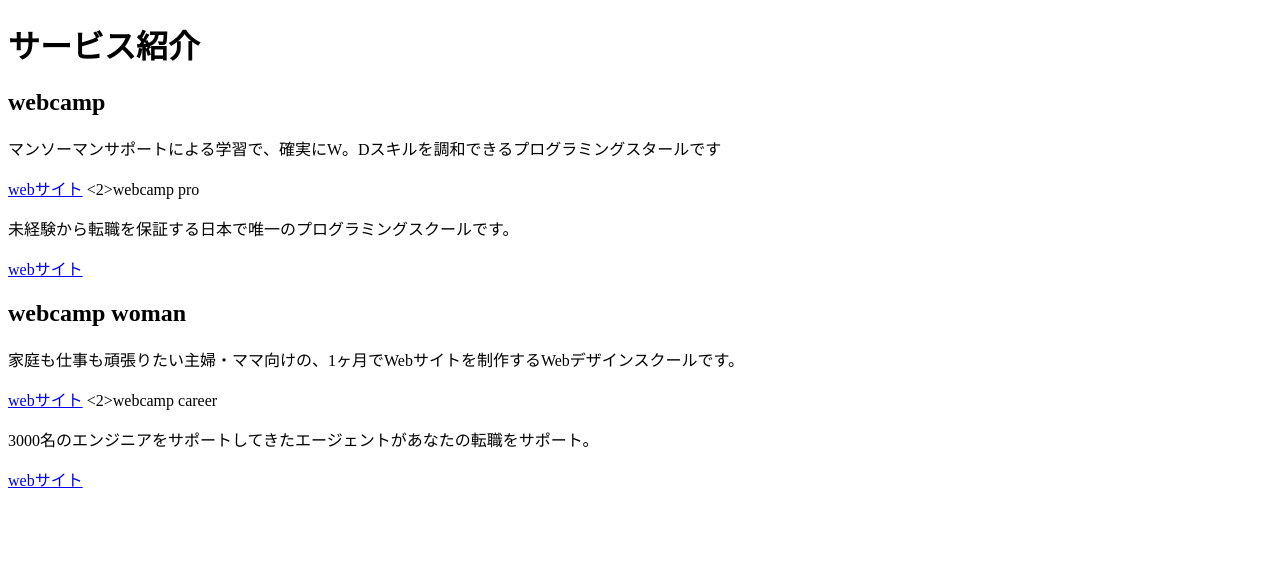
Repository: tanikura/sample.html
Page: chapter2_exercise/chapter2_exercise.html
The author's editor kept a record of every edit. The page is drawn from the files as they stood at one moment, then again after the next edit.
The browser window is 1280 px wide. The pictures show the whole page.

Above is the page before.
Not found: chapter2_exercise/chapter2_exercise/style1.css

### chapter2_exercise/chapter2_exercise.html
<!DOCTYPE HTML>
<html lang="ja">
  <head>
    <meta charset="UTF-8" />
    <title>2章演習</title>
    <link rel="stylesheet" href="chapter2_exercise/style1.css" />
  </head>
    <h1>サービス紹介</h1>

    <h2>webcamp</h2>
    <p>マンソーマンサポートによる学習で、確実にW。Dスキルを調和できるプログラミングスタールです</p>
    <a href="https://web-camp.io/">webサイト</a>

    <2>webcamp pro</2>
    <p>未経験から転職を保証する日本で唯一のプログラミングスクールです。</p>
    <a href="https://web-camp.io/pro">webサイト</a>

    <h2>webcamp woman</h2>
    <P>家庭も仕事も頑張りたい主婦・ママ向けの、1ヶ月でWebサイトを制作するWebデザインスクールです。</P>
    <a href="https://web-camp.io/woman">webサイト</a>

    <2>webcamp career</2>
    <p>3000名のエンジニアをサポートしてきたエージェントがあなたの転職をサポート。</p>
    <a href="https://web-camp.io/career">webサイト</a>

  <body>
  </body>
</html>

After the next edit:
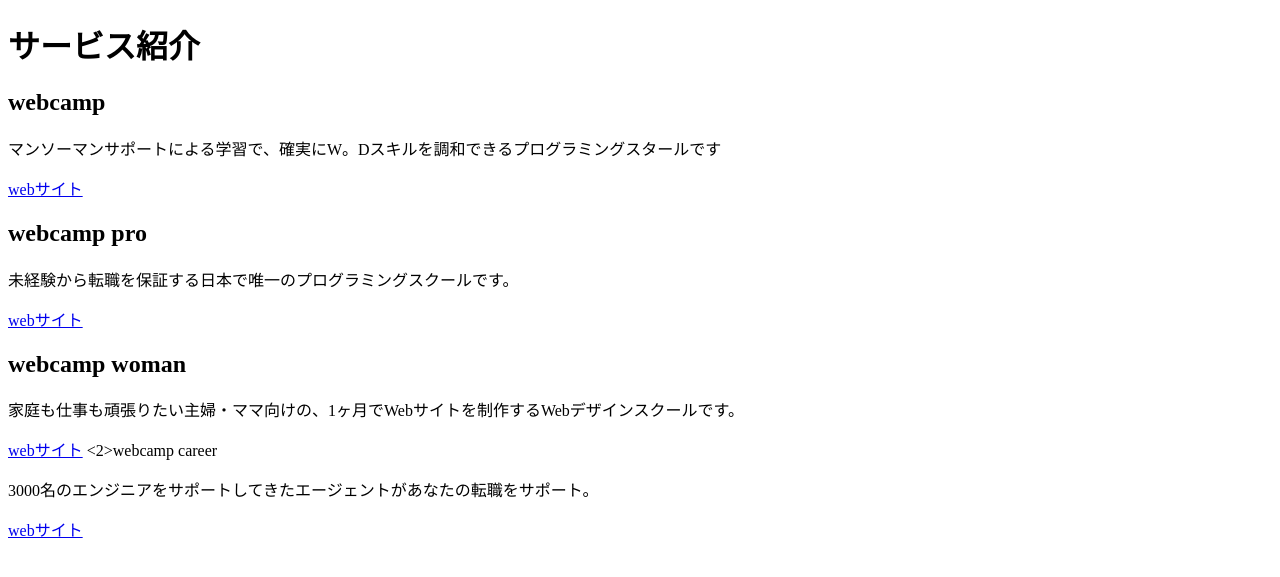
The edit:
--- a/chapter2_exercise/chapter2_exercise.html
+++ b/chapter2_exercise/chapter2_exercise.html
@@ -11,7 +11,7 @@
     <p>マンソーマンサポートによる学習で、確実にW。Dスキルを調和できるプログラミングスタールです</p>
     <a href="https://web-camp.io/">webサイト</a>
 
-    <2>webcamp pro</2>
+    <h2>webcamp pro</h2>
     <p>未経験から転職を保証する日本で唯一のプログラミングスクールです。</p>
     <a href="https://web-camp.io/pro">webサイト</a>
 
